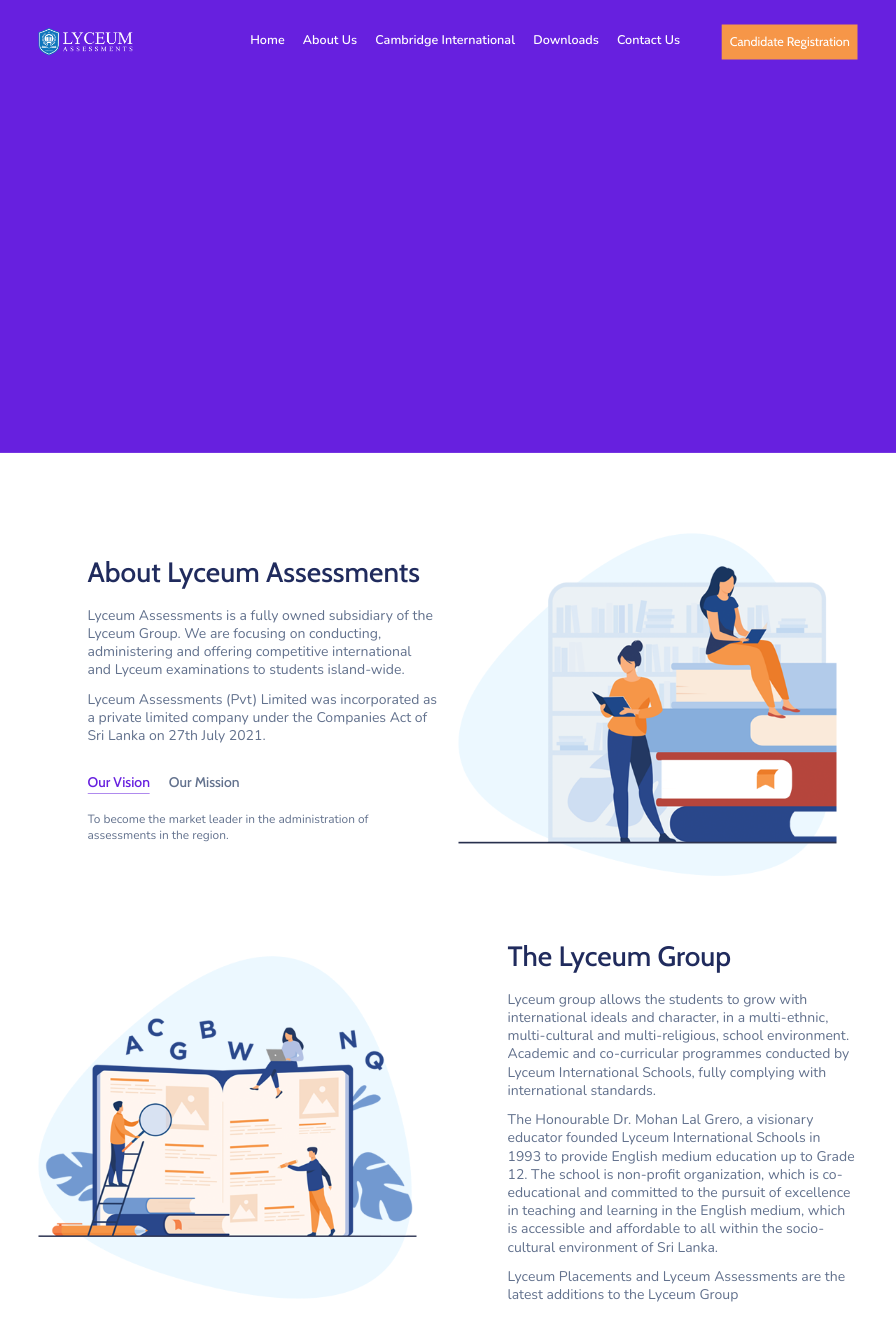
Repository: AXUSLK/LyceumAssessments-HTML
Page: index.html
These files come from the project's save history. The page is drawn as it stood at one moment and after a run of saves; the edit follows.
The browser window is 1280 px wide. The pictures show the part of the page from y = 0 to 1920 px (the page is 4886 px tall before and 4912 px after), at 70% of full size.
Some web libraries are served in a nearby version.

Above is the page before, as saved 2022-01-31 17:02:06.

After the next 2 saves:
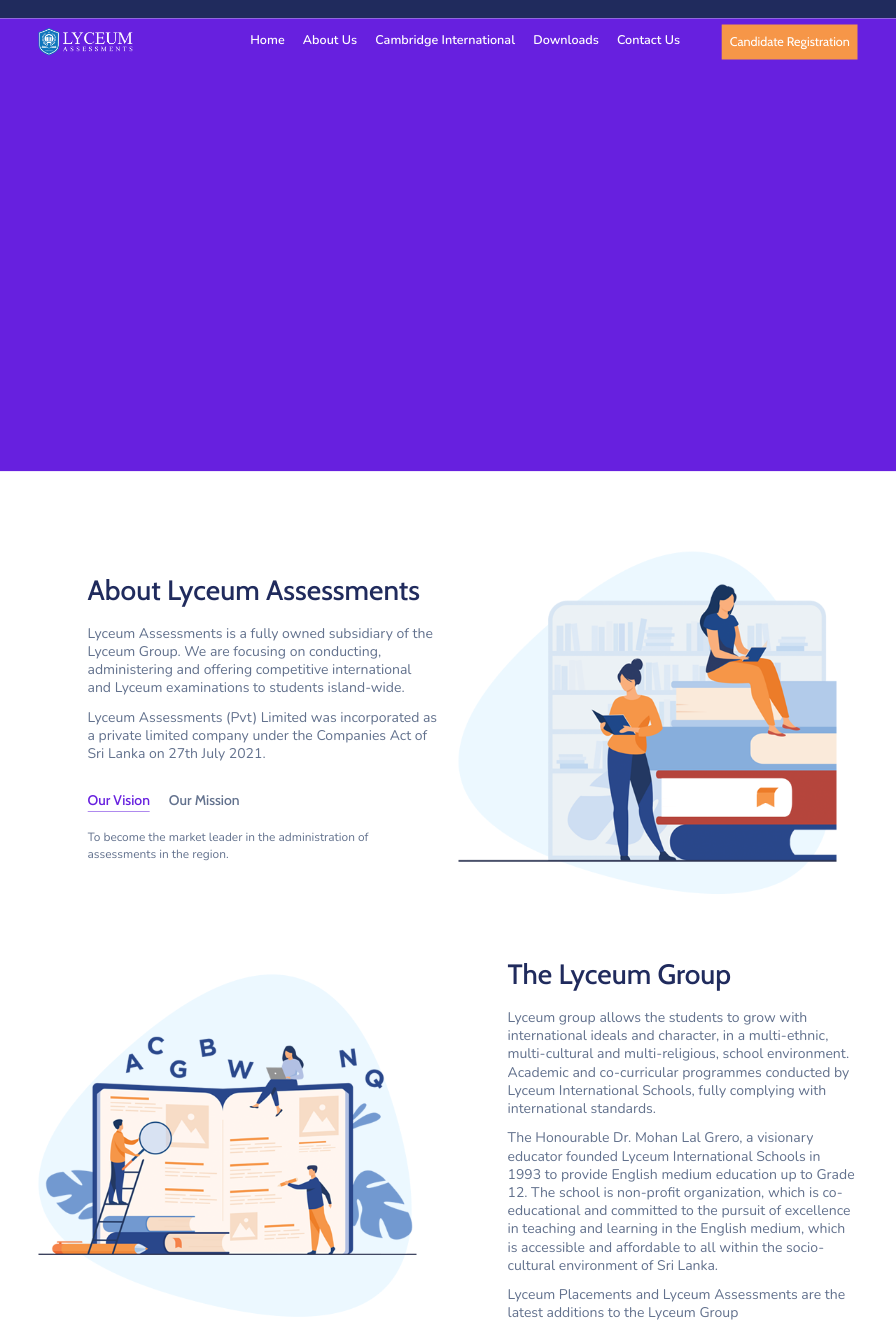
The 2 saves are shown as one change because they came seconds apart.
The last was saved 27 s later.
--- a/index.html
+++ b/index.html
@@ -26,6 +26,43 @@
 </head>
 
 <body>
+	<div class="carousel">
+		<div class="carousel-inner">
+			<input class="carousel-open" type="radio" id="carousel-1" name="carousel" aria-hidden="true" hidden=""
+				checked="checked">
+			<div class="carousel-item">
+				<img src="images/about.png">
+			</div>
+			<input class="carousel-open" type="radio" id="carousel-2" name="carousel" aria-hidden="true" hidden="">
+			<div class="carousel-item">
+				<img src="http://fakeimg.pl/2000x800/DA5930/fff/?text=JavaScript">
+			</div>
+			<input class="carousel-open" type="radio" id="carousel-3" name="carousel" aria-hidden="true" hidden="">
+			<div class="carousel-item">
+				<img src="http://fakeimg.pl/2000x800/F90/fff/?text=Carousel">
+			</div>
+			<label for="carousel-3" class="carousel-control prev control-1">‹</label>
+			<label for="carousel-2" class="carousel-control next control-1">›</label>
+			<label for="carousel-1" class="carousel-control prev control-2">‹</label>
+			<label for="carousel-3" class="carousel-control next control-2">›</label>
+			<label for="carousel-2" class="carousel-control prev control-3">‹</label>
+			<label for="carousel-1" class="carousel-control next control-3">›</label>
+			<ol class="carousel-indicators">
+
+				<li>
+					<label for="carousel-1" class="carousel-bullet">•</label>
+				</li>
+
+				<li>
+					<label for="carousel-2" class="carousel-bullet">•</label>
+				</li>
+
+				<li>
+					<label for="carousel-3" class="carousel-bullet">•</label>
+				</li>
+			</ol>
+		</div>
+	</div>
 	<!-- pageWrapper -->
 	<div id="pageWrapper">
 		<div class="phStickyWrap">
@@ -102,45 +139,7 @@
 
 			<!-- Header -->
 			<section class="introBlock d-flex w-100 position-relative text-white bg-secondary">
-				<div class="carousel">
-					<div class="carousel-inner">
-						<input class="carousel-open" type="radio" id="carousel-1" name="carousel" aria-hidden="true"
-							hidden="" checked="checked">
-						<div class="carousel-item">
-							<img src="images/about.png">
-						</div>
-						<input class="carousel-open" type="radio" id="carousel-2" name="carousel" aria-hidden="true"
-							hidden="">
-						<div class="carousel-item">
-							<img src="http://fakeimg.pl/2000x800/DA5930/fff/?text=JavaScript">
-						</div>
-						<input class="carousel-open" type="radio" id="carousel-3" name="carousel" aria-hidden="true"
-							hidden="">
-						<div class="carousel-item">
-							<img src="http://fakeimg.pl/2000x800/F90/fff/?text=Carousel">
-						</div>
-						<label for="carousel-3" class="carousel-control prev control-1">‹</label>
-						<label for="carousel-2" class="carousel-control next control-1">›</label>
-						<label for="carousel-1" class="carousel-control prev control-2">‹</label>
-						<label for="carousel-3" class="carousel-control next control-2">›</label>
-						<label for="carousel-2" class="carousel-control prev control-3">‹</label>
-						<label for="carousel-1" class="carousel-control next control-3">›</label>
-						<ol class="carousel-indicators">
-
-							<li>
-								<label for="carousel-1" class="carousel-bullet">•</label>
-							</li>
-
-							<li>
-								<label for="carousel-2" class="carousel-bullet">•</label>
-							</li>
-
-							<li>
-								<label for="carousel-3" class="carousel-bullet">•</label>
-							</li>
-						</ol>
-					</div>
-				</div>
+
 
 			</section>
 
